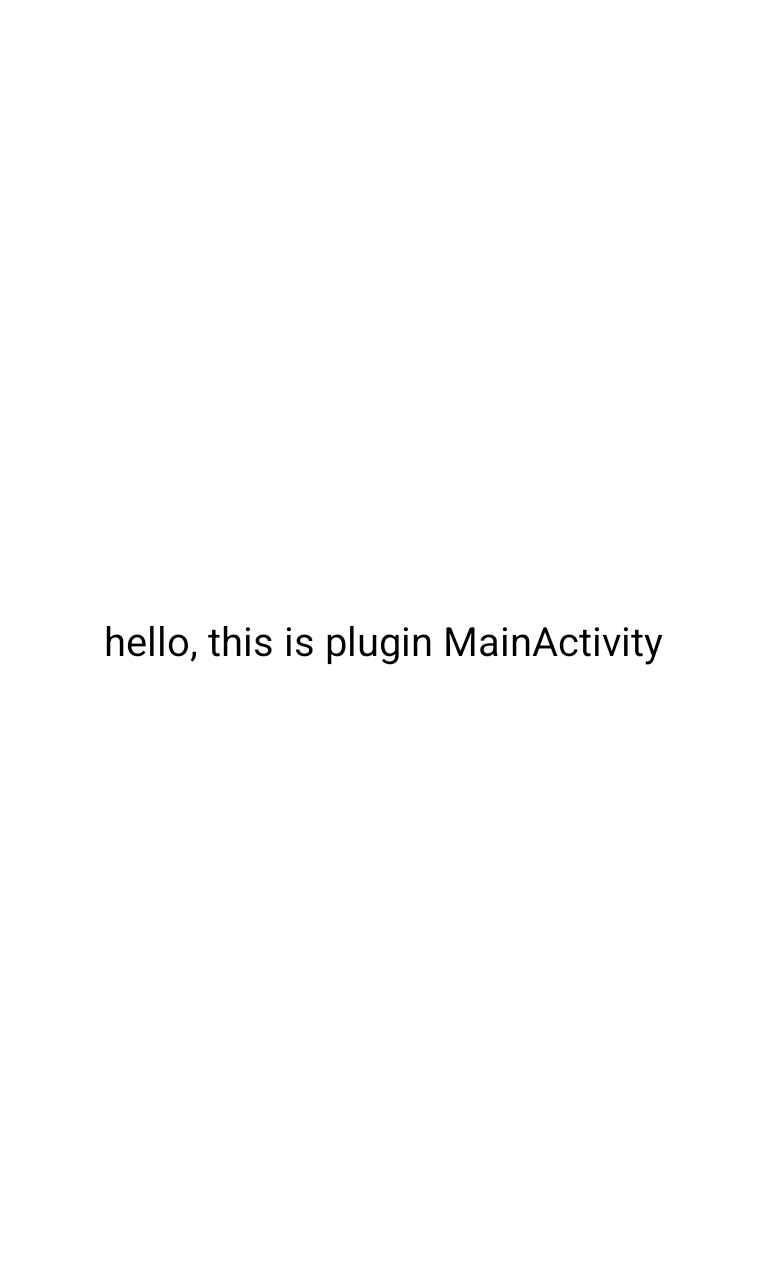
Repository: dingjikerbo/AppRunner
Layout: plugin1/res/layout/activity_launcher.xml
An editor plug-in stored every save of this project. The layout is shown before and after the next save, followed by the edit.
It is drawn on a 768 x 1280 px phone screen (xhdpi) without system bars, with theme AppTheme; the app's code is not run.

Above is the layout before, as saved 2016-05-08 12:26:13.

After the next save:
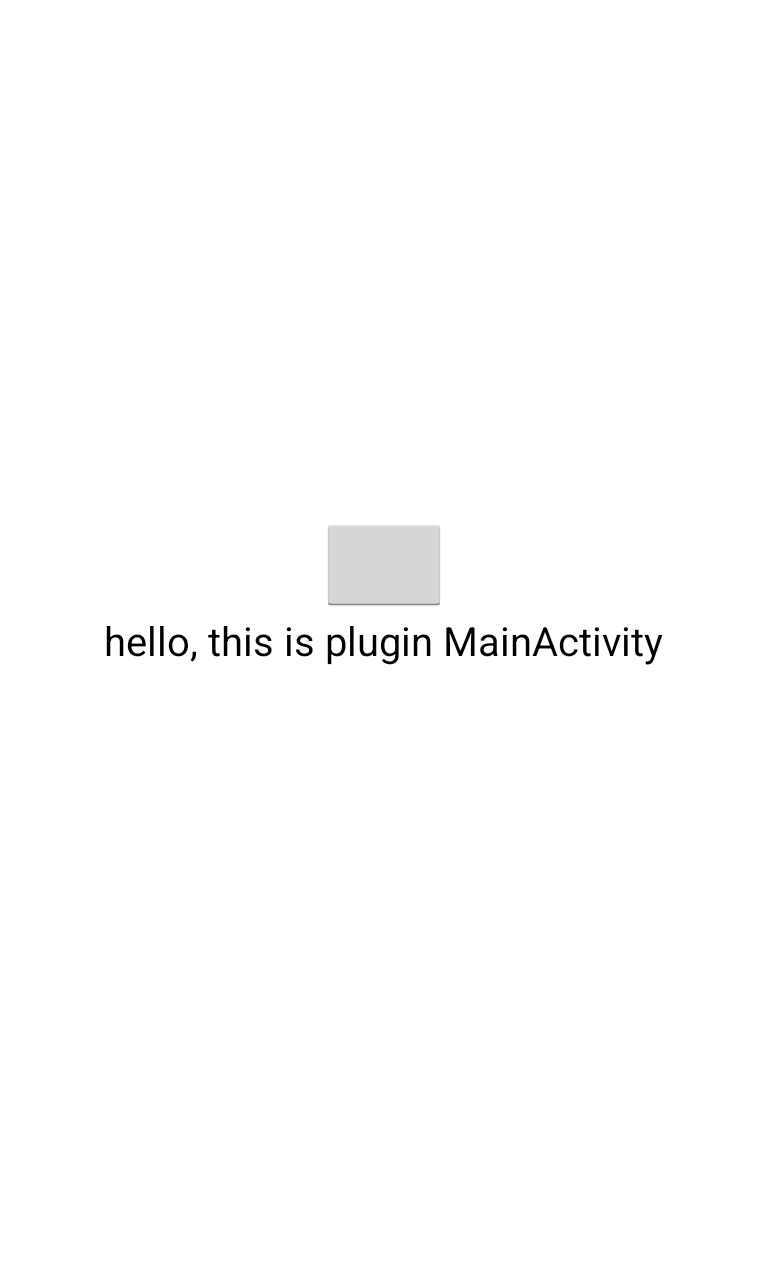
Saved 3 days later.
--- a/plugin1/res/layout/activity_launcher.xml
+++ b/plugin1/res/layout/activity_launcher.xml
@@ -8,7 +8,10 @@
     android:paddingTop="@dimen/activity_vertical_margin"
     tools:context="com.example.plugin1.LauncherActivity" >
 
+
+
     <TextView
+        android:id="@+id/text"
         android:layout_width="wrap_content"
         android:layout_height="wrap_content"
         android:text="hello, this is plugin MainActivity"
@@ -16,4 +19,11 @@
         android:textSize="20sp"
         android:textColor="#000000" />
 
+    <Button
+        android:id="@+id/btn"
+        android:layout_width="wrap_content"
+        android:layout_height="wrap_content"
+        android:layout_centerHorizontal="true"
+        android:layout_above="@id/text" />
+
 </RelativeLayout>
